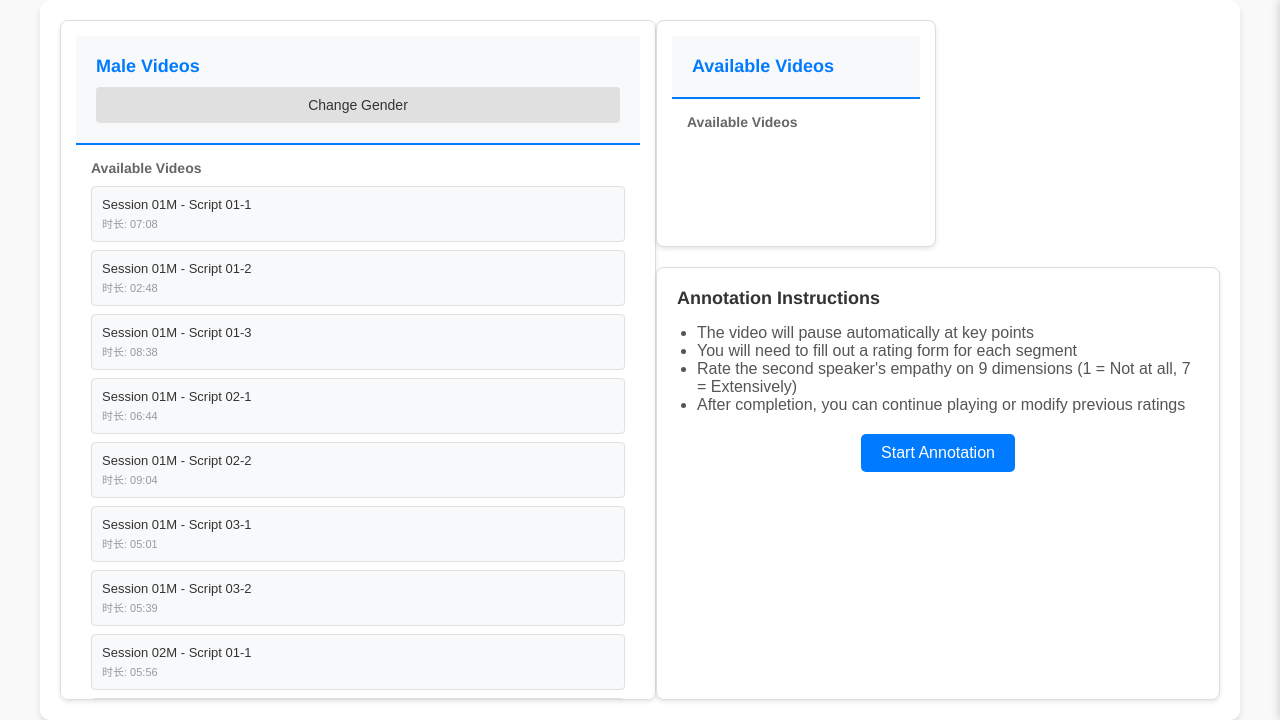
Repository: Matsuyou-Wang/MPES-system
Page: annotation.html
These files come from the project's save history. The page is drawn as it stood at one moment and after the next save; the edit follows.
The browser window is 1280 px wide. The pictures show the whole page.
An inner scrolling area shows only its first screen.

Above is the page before, as saved 2025-11-25 13:31:35.
Console error: TypeError: Cannot read properties of null (reading 'addEventListener')

### annotation.html
<!DOCTYPE html>
<html lang="en">
<head>
    <meta charset="UTF-8">
    <meta name="viewport" content="width=device-width, initial-scale=1.0">
    <title>Empathy Assessment System - Video Rating</title>
    <link rel="stylesheet" href="styles.css">
</head>
<body>
    <div class="container">
        <!-- Sidebar: Video Library -->
        <aside class="sidebar">
            <div class="sidebar-header">
                <h2 id="genderTitle">Video Library</h2>
                <button id="changeGenderBtn" class="btn btn-secondary" style="margin-top: 10px; width: 100%;">Change Gender</button>
            </div>
            <div class="video-library">
                <h3>Available Videos</h3>
                <ul id="videoList" class="video-list">
                    <!-- Videos loaded dynamically -->
                </ul>
            </div>
        </aside>

        <!-- Main Content Area -->
        <main class="main-content">
            <!-- 左侧: 视频库 -->
            <aside class="sidebar">
                <div class="sidebar-header">
                    <h2 id="genderTitle">Available Videos</h2>
                </div>
                <div class="video-library">
                    <h3>Available Videos</h3>
                    <ul id="videoList" class="video-list">
                        <!-- Videos loaded dynamically -->
                    </ul>
                </div>
            </aside>

            <!-- 右侧: 注释说明 -->
            <div class="annotation-instructions">
                <h3>Annotation Instructions</h3>
                <ul>
                    <li>The video will pause automatically at key points</li>
                    <li>You will need to fill out a rating form for each segment</li>
                    <li>Rate the second speaker's empathy on 9 dimensions (1 = Not at all, 7 = Extensively)</li>
                    <li>After completion, you can continue playing or modify previous ratings</li>
                </ul>
                <button id="startBtn" class="btn btn-primary" disabled>Start Annotation</button>
            </div>
        </main>
    </div>

    <!-- Annotation Questionnaire Modal -->
    <div id="annotationModal" class="modal">
        <div class="modal-content">
            <div class="modal-header">
                <h2>Annotation Form</h2>
                <span class="close-btn">&times;</span>
            </div>

            <div class="modal-body">
                <div class="timestamp-info">
                    <p>Video time: <span id="modalTimestamp">00:00</span></p>
                </div>

                <!-- Empathy Assessment Section -->
                <div class="scale-section">
                    <p class="section-description">Please rate the second speaker on each dimension below on a scale from 1 (Not at all) to 7 (Extensively).</p>

                    <!-- Question 1: Concern -->
                    <div class="empathy-question">
                        <p>The second speaker shows genuine concern and interest in the first speaker's situation and well-being.</p>
                        <div class="likert-scale">
                            <label><input type="radio" name="concern" value="1"> 1 - Not at all</label>
                            <label><input type="radio" name="concern" value="2"> 2 - A little</label>
                            <label><input type="radio" name="concern" value="3"> 3 - Infrequently</label>
                            <label><input type="radio" name="concern" value="4"> 4 - Somewhat</label>
                            <label><input type="radio" name="concern" value="5"> 5 - Quite a bit</label>
                            <label><input type="radio" name="concern" value="6"> 6 - Considerably</label>
                            <label><input type="radio" name="concern" value="7"> 7 - Extensively</label>
                        </div>
                    </div>

                    <!-- Question 2: Expressiveness -->
                    <div class="empathy-question">
                        <p>The second speaker uses vocal tone, energy, and pacing that fit the first speaker's emotional state.</p>
                        <div class="likert-scale">
                            <label><input type="radio" name="expressiveness" value="1"> 1 - Not at all</label>
                            <label><input type="radio" name="expressiveness" value="2"> 2 - A little</label>
                            <label><input type="radio" name="expressiveness" value="3"> 3 - Infrequently</label>
                            <label><input type="radio" name="expressiveness" value="4"> 4 - Somewhat</label>
                            <label><input type="radio" name="expressiveness" value="5"> 5 - Quite a bit</label>
                            <label><input type="radio" name="expressiveness" value="6"> 6 - Considerably</label>
                            <label><input type="radio" name="expressiveness" value="7"> 7 - Extensively</label>
                        </div>
                    </div>

                    <!-- Question 3: Emotional Resonance -->
                    <div class="empathy-question">
                        <p>The second speaker sensitively reflects the intensity of the first speaker's emotions.</p>
                        <div class="likert-scale">
                            <label><input type="radio" name="emotional_resonance" value="1"> 1 - Not at all</label>
                            <label><input type="radio" name="emotional_resonance" value="2"> 2 - A little</label>
                            <label><input type="radio" name="emotional_resonance" value="3"> 3 - Infrequently</label>
                            <label><input type="radio" name="emotional_resonance" value="4"> 4 - Somewhat</label>
                            <label><input type="radio" name="emotional_resonance" value="5"> 5 - Quite a bit</label>
                            <label><input type="radio" name="emotional_resonance" value="6"> 6 - Considerably</label>
                            <label><input type="radio" name="emotional_resonance" value="7"> 7 - Extensively</label>
                        </div>
                    </div>

                    <!-- Question 4: Warmth -->
                    <div class="empathy-question">
                        <p>The second speaker speaks in a warm, sincere, and supportive manner toward the first speaker.</p>
                        <div class="likert-scale">
                            <label><input type="radio" name="warmth" value="1"> 1 - Not at all</label>
                            <label><input type="radio" name="warmth" value="2"> 2 - A little</label>
                            <label><input type="radio" name="warmth" value="3"> 3 - Infrequently</label>
                            <label><input type="radio" name="warmth" value="4"> 4 - Somewhat</label>
                            <label><input type="radio" name="warmth" value="5"> 5 - Quite a bit</label>
                            <label><input type="radio" name="warmth" value="6"> 6 - Considerably</label>
                            <label><input type="radio" name="warmth" value="7"> 7 - Extensively</label>
                        </div>
                    </div>

                    <!-- Question 5: Attunement -->
                    <div class="empathy-question">
                        <p>The second speaker notices and responds to subtle changes in the first speaker's mood, meaning, or emotional cues.</p>
                        <div class="likert-scale">
                            <label><input type="radio" name="attunement" value="1"> 1 - Not at all</label>
                            <label><input type="radio" name="attunement" value="2"> 2 - A little</label>
                            <label><input type="radio" name="attunement" value="3"> 3 - Infrequently</label>
                            <label><input type="radio" name="attunement" value="4"> 4 - Somewhat</label>
                            <label><input type="radio" name="attunement" value="5"> 5 - Quite a bit</label>
                            <label><input type="radio" name="attunement" value="6"> 6 - Considerably</label>
                            <label><input type="radio" name="attunement" value="7"> 7 - Extensively</label>
                        </div>
                    </div>

                    <!-- Question 6: Cognitive Understanding -->
                    <div class="empathy-question">
                        <p>The second speaker accurately understands what the first speaker is thinking and restates it clearly and without distortion.</p>
                        <div class="likert-scale">
                            <label><input type="radio" name="cognitive_understanding" value="1"> 1 - Not at all</label>
                            <label><input type="radio" name="cognitive_understanding" value="2"> 2 - A little</label>
                            <label><input type="radio" name="cognitive_understanding" value="3"> 3 - Infrequently</label>
                            <label><input type="radio" name="cognitive_understanding" value="4"> 4 - Somewhat</label>
                            <label><input type="radio" name="cognitive_understanding" value="5"> 5 - Quite a bit</label>
                            <label><input type="radio" name="cognitive_understanding" value="6"> 6 - Considerably</label>
                            <label><input type="radio" name="cognitive_understanding" value="7"> 7 - Extensively</label>
                        </div>
                    </div>

                    <!-- Question 7: Understanding of Feelings -->
                    <div class="empathy-question">
                        <p>The second speaker demonstrates an accurate understanding of the first speaker's emotions and inner experiences.</p>
                        <div class="likert-scale">
                            <label><input type="radio" name="understanding_feelings" value="1"> 1 - Not at all</label>
                            <label><input type="radio" name="understanding_feelings" value="2"> 2 - A little</label>
                            <label><input type="radio" name="understanding_feelings" value="3"> 3 - Infrequently</label>
                            <label><input type="radio" name="understanding_feelings" value="4"> 4 - Somewhat</label>
                            <label><input type="radio" name="understanding_feelings" value="5"> 5 - Quite a bit</label>
                            <label><input type="radio" name="understanding_feelings" value="6"> 6 - Considerably</label>
                            <label><input type="radio" name="understanding_feelings" value="7"> 7 - Extensively</label>
                        </div>
                    </div>

                    <!-- Question 8: Acceptance -->
                    <div class="empathy-question">
                        <p>The second speaker validates the first speaker's emotions without judging, dismissing, or minimizing them.</p>
                        <div class="likert-scale">
                            <label><input type="radio" name="acceptance" value="1"> 1 - Not at all</label>
                            <label><input type="radio" name="acceptance" value="2"> 2 - A little</label>
                            <label><input type="radio" name="acceptance" value="3"> 3 - Infrequently</label>
                            <label><input type="radio" name="acceptance" value="4"> 4 - Somewhat</label>
                            <label><input type="radio" name="acceptance" value="5"> 5 - Quite a bit</label>
                            <label><input type="radio" name="acceptance" value="6"> 6 - Considerably</label>
                            <label><input type="radio" name="acceptance" value="7"> 7 - Extensively</label>
                        </div>
                    </div>

                    <!-- Question 9: Responsiveness -->
                    <div class="empathy-question">
                        <p>The second speaker adapts replies in real time according to what the first speaker says, rather than pushing a fixed agenda.</p>
                        <div class="likert-scale">
                            <label><input type="radio" name="responsiveness" value="1"> 1 - Not at all</label>
                            <label><input type="radio" name="responsiveness" value="2"> 2 - A little</label>
                            <label><input type="radio" name="responsiveness" value="3"> 3 - Infrequently</label>
                            <label><input type="radio" name="responsiveness" value="4"> 4 - Somewhat</label>
                            <label><input type="radio" name="responsiveness" value="5"> 5 - Quite a bit</label>
                            <label><input type="radio" name="responsiveness" value="6"> 6 - Considerably</label>
                            <label><input type="radio" name="responsiveness" value="7"> 7 - Extensively</label>
                        </div>
                    </div>
                </div>
            </div>

            <div class="modal-footer">
                <button id="clearBtn" class="btn btn-secondary">Clear</button>
                <button id="confirmBtn" class="btn btn-primary">Confirm</button>
            </div>
        </div>
    </div>

    <!-- Edit Panel -->
    <div id="editPanel" class="edit-panel hidden">
        <div class="edit-panel-header">
            <h3>Edit Annotation</h3>
            <button class="close-edit-panel">&times;</button>
        </div>
        <div id="editList" class="edit-list">
            <!-- Edit items generated dynamically -->
        </div>
    </div>

    <script src="data/videos-extended.js"></script>
    <script src="data/annotation-config.js"></script>
    <script src="data/dialog-data.js"></script>
    <script src="js/data-manager.js"></script>
    <script src="js/app.js"></script>
    <script src="js/tester.js"></script>
    <script>
        // 性别选择功能
        function goBack() {
            window.location.href = 'gender-selection.html';
        }

        // 获取URL参数
        function getUrlParameter(name) {
            name = name.replace(/[\[]/, '\\[').replace(/[\]]/, '\\]');
            var regex = new RegExp('[\\?&]' + name + '=([^&#]*)');
            var results = regex.exec(location.search);
            return results === null ? '' : decodeURIComponent(results[1].replace(/\+/g, ' '));
        }

        // 根据性别加载视频
        window.addEventListener('DOMContentLoaded', function() {
            const selectedGender = getUrlParameter('gender') || localStorage.getItem('selectedGender') || 'male';

            if (typeof ALL_VIDEOS !== 'undefined') {
                // 更新标题
                const genderTitle = document.getElementById('genderTitle');
                if (genderTitle) {
                    genderTitle.textContent = selectedGender === 'male' ? 'Male Videos' : 'Female Videos';
                }

                // 根据性别加载对应的视频
                if (selectedGender === 'male' && ALL_VIDEOS.male) {
                    window.videos = ALL_VIDEOS.male;
                } else if (selectedGender === 'female' && ALL_VIDEOS.female) {
                    window.videos = ALL_VIDEOS.female;
                } else {
                    // 默认使用男性视频
                    window.videos = ALL_VIDEOS.male || [];
                }

                // 存储当前选择
                localStorage.setItem('selectedGender', selectedGender);
            }

            // 初始化注释系统
            try {
                console.log('正在初始化注释系统...');
                if (typeof AnnotationSystem !== 'undefined') {
                    window.annotationSystem = new AnnotationSystem();
                    console.log('注释系统初始化成功');
                } else {
                    console.error('AnnotationSystem 类未找到');
                }
            } catch (error) {
                console.error('初始化注释系统时出错:', error);
            }

            // 绑定Change Gender按钮事件
            const changeGenderBtn = document.getElementById('changeGenderBtn');
            if (changeGenderBtn) {
                changeGenderBtn.addEventListener('click', goBack);
                console.log('Change Gender 按钮事件已绑定');
            } else {
                console.error('找不到Change Gender按钮');
            }
        });
    </script>
</body>
</html>

Loaded but not shown: data/dialog-data.js (2618 lines, source omitted); js/app.js (472 lines, source omitted); data/videos-extended.js (80 lines, source omitted); js/tester.js (194 lines, source omitted); js/data-manager.js (174 lines, source omitted); data/annotation-config.js (50 lines, source omitted); styles.css (1093 lines, source omitted)

After the next save:
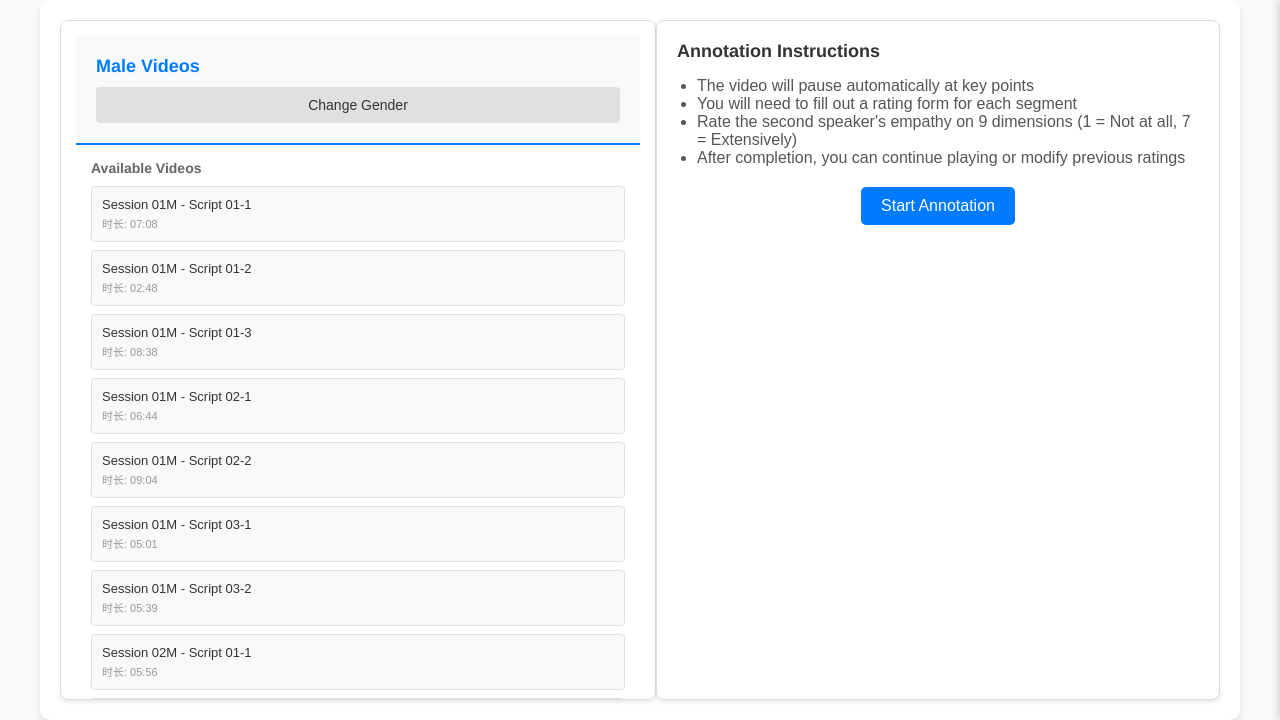
Saved 54 s later.
--- a/annotation.html
+++ b/annotation.html
@@ -24,19 +24,6 @@
 
         <!-- Main Content Area -->
         <main class="main-content">
-            <!-- 左侧: 视频库 -->
-            <aside class="sidebar">
-                <div class="sidebar-header">
-                    <h2 id="genderTitle">Available Videos</h2>
-                </div>
-                <div class="video-library">
-                    <h3>Available Videos</h3>
-                    <ul id="videoList" class="video-list">
-                        <!-- Videos loaded dynamically -->
-                    </ul>
-                </div>
-            </aside>
-
             <!-- 右侧: 注释说明 -->
             <div class="annotation-instructions">
                 <h3>Annotation Instructions</h3>
